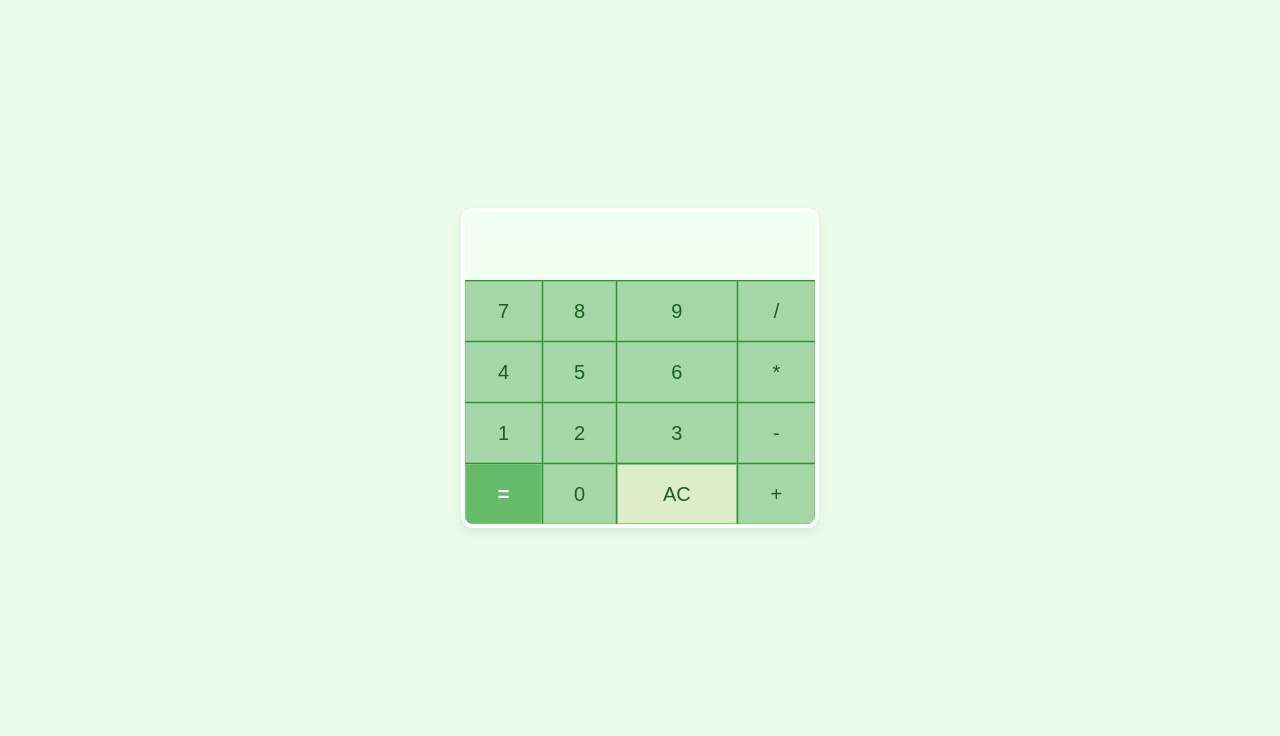
Repository: Yejin-source/st-work
Page: join/src/main/webapp/cal.html
These files come from the project's save history. The page is drawn as it stood at one moment and after the next save; the edit follows.
The browser window is 1280 px wide. The pictures show the whole page.

Above is the page before, as saved 2025-04-30 08:51:10.

After the next save:
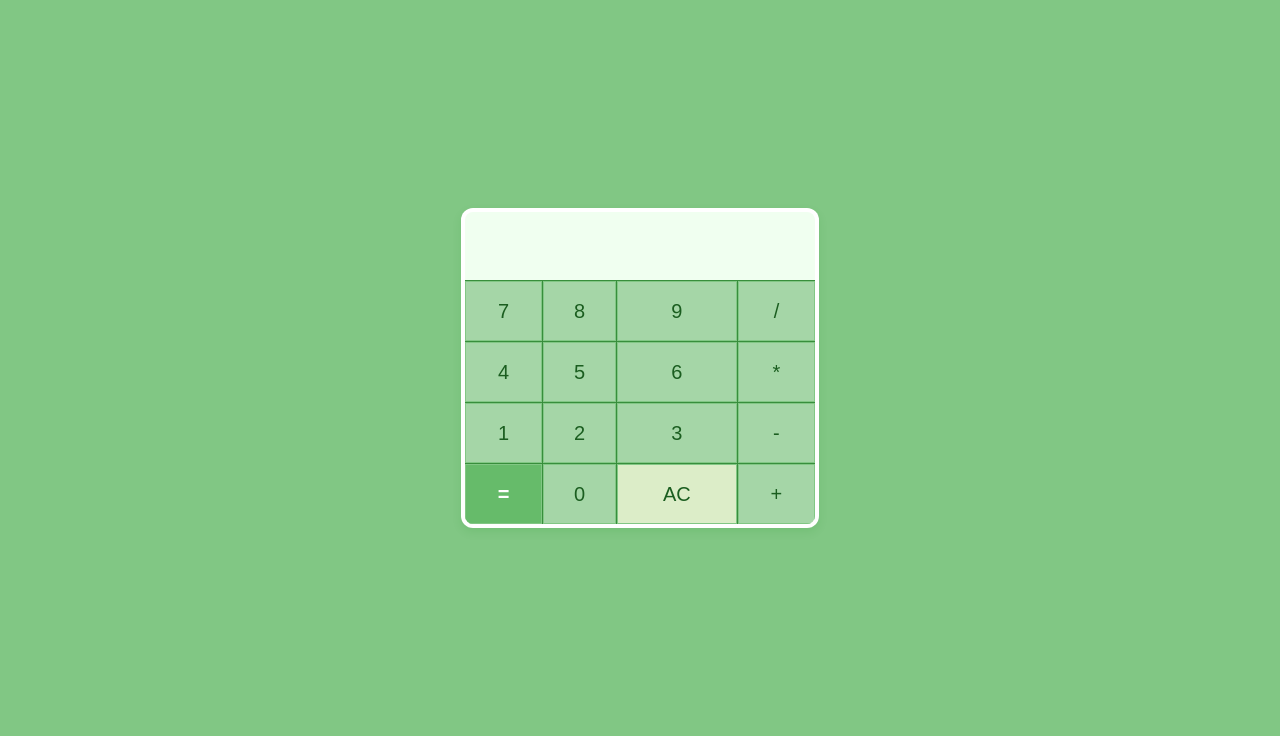
Saved 21 s later.
--- a/join/src/main/webapp/cal.html
+++ b/join/src/main/webapp/cal.html
@@ -5,7 +5,7 @@
 <title>Insert title here</title>
 	<style>
 		body {
-		  background-color: #e9fce9; /* 아주 연한 초록-민트 */
+		  background-color: #81c784;
 		  font-family: 'Segoe UI', sans-serif;
 		  display: flex;
 		  justify-content: center;
@@ -40,7 +40,7 @@
 		  width: 100%;
 		  height: 60px;
 		  font-size: 20px;
-		  background-color: #a5d6a7; /* 밝은 연두 */
+		  background-color: #a5d6a7;
 		  border: 1px solid #81c784;
 		  color: #1b5e20;
 		  cursor: pointer;
@@ -48,7 +48,7 @@
 		}
 
 		button:hover {
-		  background-color: #81c784; /* 좀 더 진한 연두 */
+		  background-color: #81c784;
 		}
 
 		#equal {
